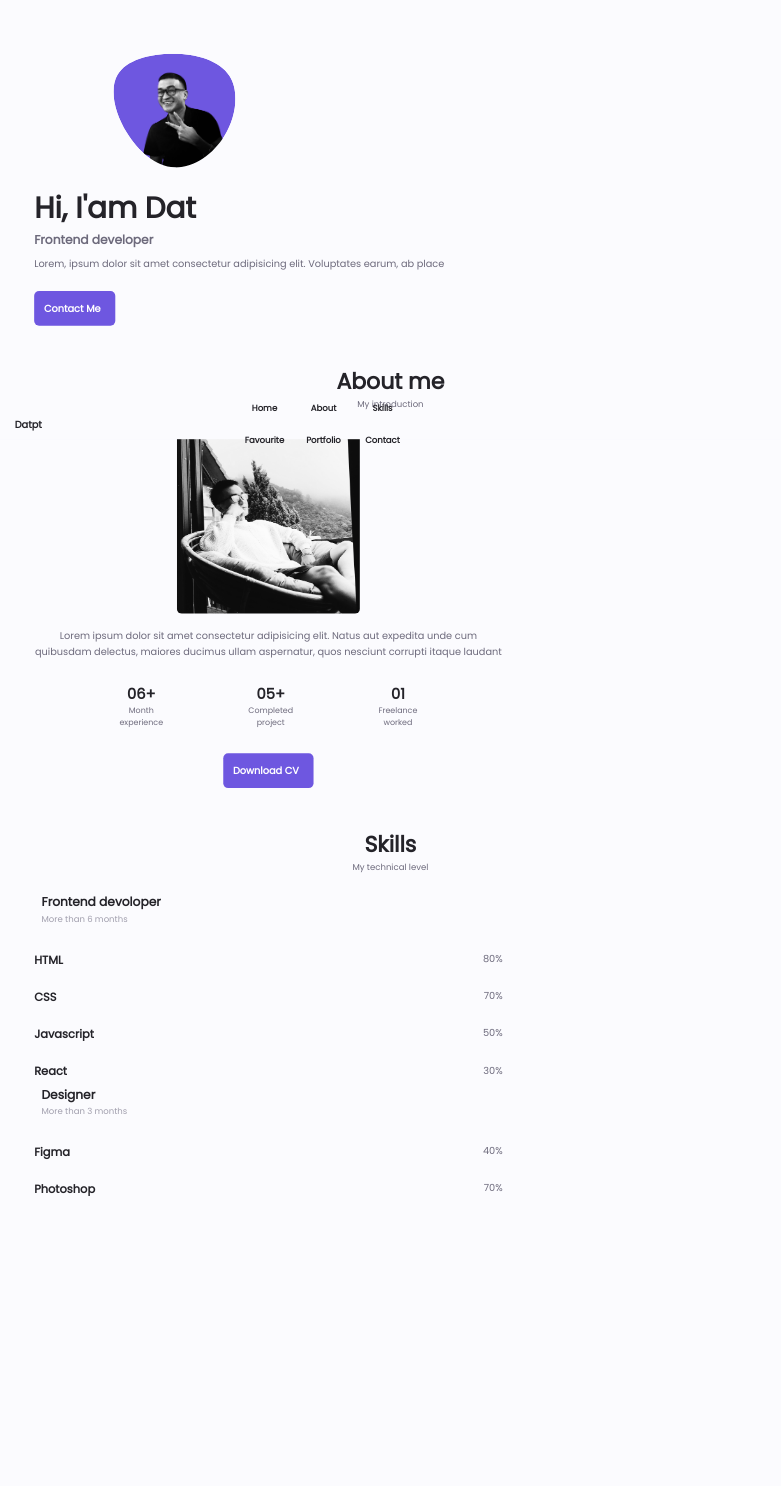
Repository: Datt21/portfolio
Page: index.html
The author's editor kept a copy of each file at every save. The page is drawn from the files as they stood at one save, then again after the next save.
The browser window is 1280 px wide. The pictures show the whole page, at 61% of full size.
Some icons come from a web library that is not loaded, so they are not drawn.

Above is the page before, as saved 2021-07-10 17:26:02.

After the next save:
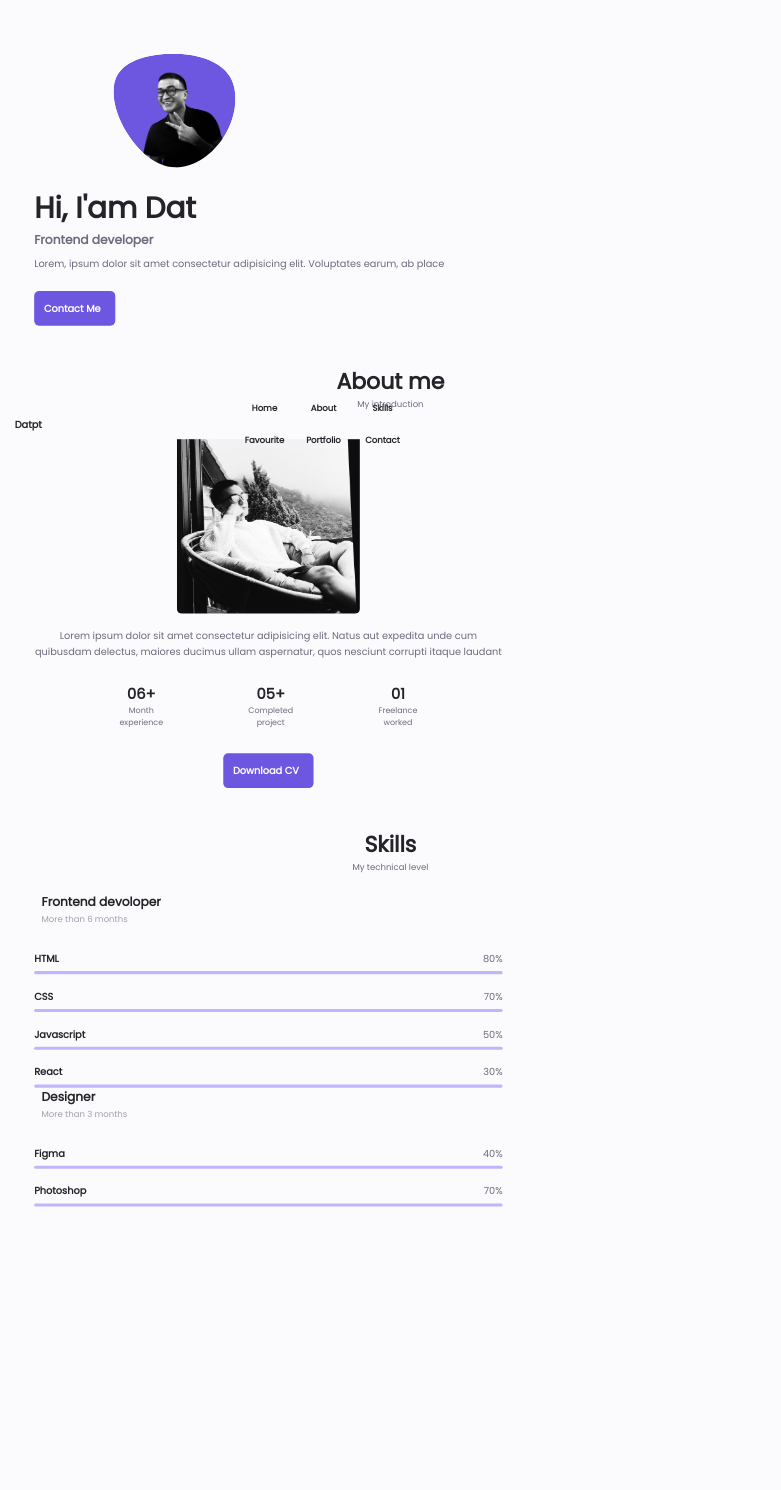
Saved 92 s later.
--- a/Css/style.css
+++ b/Css/style.css
@@ -420,6 +420,21 @@ img{
     justify-content: space-between;
     margin-bottom: var(--mb-0-5);
 }
+
+.skills__name{
+    font-size: var(--normal-font-size);
+    font-weight: var(--font-medium);
+}
+
+.skills__bar,
+.skills__percentage{
+    height: 5px;
+    border-radius: .25rem;
+}
+
+.skills__bar{
+    background: var(--first-color-lighter);
+}
 /*==================== QUALIFICATION ====================*/
 
 
